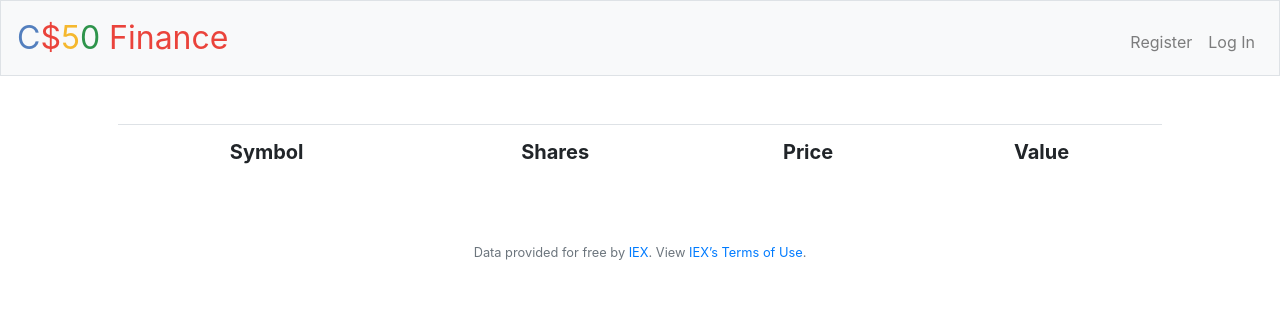
Repository: Mackeyrw/gitTest-CS50
Page: pset8/finance/templates/history.html
The author's editor kept a record of every edit. The page is drawn from the files as they stood at one moment, then again after the next edit.
The browser window is 1280 px wide. The pictures show the whole page.
The template is drawn by Flask 3. The application's start-up code is not run. Other server files are loaded and not shown. The template is opened directly, without the code that normally fills it, so the values that code supplies are empty.

Above is the page before.

### pset8/finance/templates/history.html
{% extends "layout.html" %}

{% block title %}
    History
{% endblock %}

{% block main %}

        <table class=table>
            <tr class=header>
                <td>Symbol</td><td>Shares</td><td>Price</td><td>Value</td>
            </tr>
            {% for row in rows %}
            <tr>

                <td>{{ row[0] }}</td><td>{{ row[1] }}</td><td>{{ row[2] }}</td><td>{{ row[3] }}</td>

            </tr>
             {% endfor %}


        </table>

{% endblock %}

### pset8/finance/templates/layout.html
<!DOCTYPE html>

<html lang="en">

    <head>

        <!-- Required meta tags -->
        <meta charset="utf-8">
        <meta name="viewport" content="width=device-width, initial-scale=1, shrink-to-fit=no">

        <!-- documentation at http://getbootstrap.com/docs/4.1/, alternative themes at https://bootswatch.com/ -->
        <link href="https://maxcdn.bootstrapcdn.com/bootstrap/4.1.3/css/bootstrap.min.css" rel="stylesheet">

        <!-- https://favicon.io/emoji-favicons/money-mouth-face/ -->
        <link href="/static/favicon.ico" rel="icon">

        <link href="/static/styles.css" rel="stylesheet">

        <script src="https://code.jquery.com/jquery-3.3.1.min.js"></script>
        <script src="https://cdnjs.cloudflare.com/ajax/libs/popper.js/1.14.3/umd/popper.min.js"></script>
        <script src="https://maxcdn.bootstrapcdn.com/bootstrap/4.1.3/js/bootstrap.min.js"></script>

        <title>C$50 Finance: {% block title %}{% endblock %}</title>

    </head>

    <body>

        <nav class="navbar navbar-expand-md navbar-light bg-light border">
            <a class="navbar-brand" href="/"><span class="blue">C</span><span class="red">$</span><span class="yellow">5</span><span class="green">0</span> <span class="red">Finance</span></a>
            <button aria-controls="navbar" aria-expanded="false" aria-label="Toggle navigation" class="navbar-toggler" data-target="#navbar" data-toggle="collapse" type="button">
                <span class="navbar-toggler-icon"></span>
            </button>
            <div class="collapse navbar-collapse" id="navbar">
                {% if session.user_id %}
                    <ul class="navbar-nav mr-auto mt-2">
                        <li class="nav-item"><a class="nav-link" href="/quote">Quote</a></li>
                        <li class="nav-item"><a class="nav-link" href="/buy">Buy</a></li>
                        <li class="nav-item"><a class="nav-link" href="/sell">Sell</a></li>
                        <li class="nav-item"><a class="nav-link" href="/history">History</a></li>
                        <li class="nav-item"><a class="nav-link" href="/add">Add Cash</a></li>
                    </ul>
                    <ul class="navbar-nav ml-auto mt-2">
                        <li class="nav-item"><a class="nav-link" href="/logout">Log Out</a></li>
                    </ul>
                {% else %}
                    <ul class="navbar-nav ml-auto mt-2">
                        <li class="nav-item"><a class="nav-link" href="/register">Register</a></li>
                        <li class="nav-item"><a class="nav-link" href="/login">Log In</a></li>
                    </ul>
                {% endif %}
            </div>
        </nav>

        {% if get_flashed_messages() %}
            <header>
                <div class="alert alert-primary border text-center" role="alert">
                    {{ get_flashed_messages() | join(" ") }}
                </div>
            </header>
        {% endif %}

        <main class="container p-5">
            {% block main %}{% endblock %}
        </main>

        <footer class="small text-center text-muted">
            Data provided for free by <a href="https://iextrading.com/developer">IEX</a>. View <a href="https://iextrading.com/api-exhibit-a/">IEX’s Terms of Use</a>.
        </footer>

    </body>

</html>

### pset8/finance/static/styles.css
nav .navbar-brand
{
    /* size for brand */
    font-size: xx-large;
}

/* colors for brand */
nav .navbar-brand .blue
{
    color: #537fbe;
}
nav .navbar-brand .red
{
    color: #ea433b;
}
nav .navbar-brand .yellow
{
    color: #f5b82e;
}
nav .navbar-brand .green
{
    color: #2e944b;
}

main .form-control
{
    /* center form controls */
    display: inline-block;

    /* override Bootstrap's 100% width for form controls */
    width: auto;
}

main
{
    /* scroll horizontally as needed */
    overflow-x: auto;

    /* center contents */
    text-align: center;
}

main img
{
    /* constrain images on small screens */
    max-width: 100%;
}

.quoted
{
    font-size: 30px;
    color: darkblue;
    font-weight: bold;
}

.table table tr td
{
    border: solid;
    text-align: center;
}

.header
{
    font-size: 20px;
    font-weight: bold;
}

After the next edit:
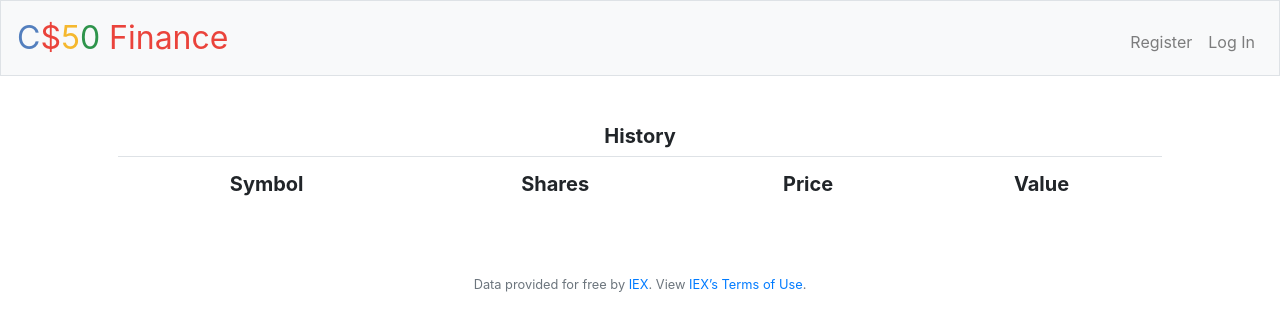
The edit:
--- a/pset8/finance/templates/history.html
+++ b/pset8/finance/templates/history.html
@@ -5,7 +5,7 @@
 {% endblock %}
 
 {% block main %}
-
+        <h1 class=header> History </h1>
         <table class=table>
             <tr class=header>
                 <td>Symbol</td><td>Shares</td><td>Price</td><td>Value</td>
